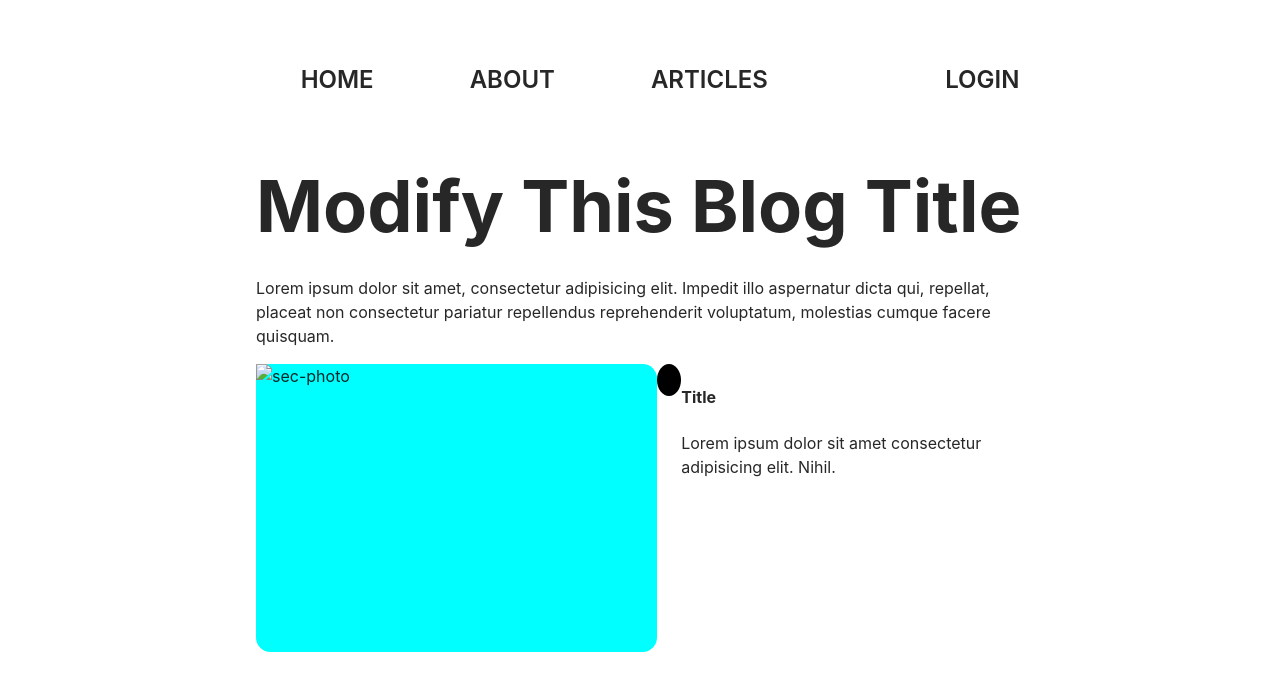
Repository: ValGrace/-static-site
Page: /home (app in client/)
An editor plug-in stored every save of this project. The page is shown before and after the next save, followed by the edit.
The browser window is 1280 px wide. The pictures show the whole page.
The project was rebuilt for these pictures with package versions that can differ from the ones it lists, and the page was loaded fresh each time. Also part of the build but not shown: client/vite.config.js, client/src/Utils/appwrite.js, client/src/Components/Inputs.css, client/src/Components/Login.jsx, client/src/Components/Signup.jsx.

Above is the page before, as saved 2023-02-05 11:59:31.

### client/src/main.jsx
import React from 'react'
import ReactDOM from 'react-dom/client'
import App from './App'
import './index.css'
import { BrowserRouter } from 'react-router-dom'
ReactDOM.createRoot(document.getElementById('root')).render(
  <React.StrictMode>
    <BrowserRouter>
    <App />
    </BrowserRouter>
  </React.StrictMode>,
)

### client/src/App.jsx
import PageRouter from './Routing/PageRouter'
import './App.css'

function App() {


  return (
    <div className="App">
      <PageRouter />
    </div>
  )
}

export default App

### client/src/index.css
:root {
  font-family: Inter, system-ui, Avenir, Helvetica, Arial, sans-serif;
  line-height: 1.5;
  font-weight: 400;

  color-scheme: light dark;
  color: rgba(7, 7, 7, 0.87);
  background-color: #ffffff;

  font-synthesis: none;
  text-rendering: optimizeLegibility;
  -webkit-font-smoothing: antialiased;
  -moz-osx-font-smoothing: grayscale;
  -webkit-text-size-adjust: 100%;
}

/* a {
  font-weight: 500;
  color: #646cff;
  text-decoration: inherit;
}
a:hover {
  color: #535bf2;
}

body {
  margin: 0;
  display: flex;
  place-items: center;
  min-width: 320px;
  min-height: 100vh;
}

h1 {
  font-size: 3.2em;
  line-height: 1.1;
}

button {
  border-radius: 8px;
  border: 1px solid transparent;
  padding: 0.6em 1.2em;
  font-size: 1em;
  font-weight: 500;
  font-family: inherit;
  background-color: #1a1a1a;
  cursor: pointer;
  transition: border-color 0.25s;
}
button:hover {
  border-color: #646cff;
}
button:focus,
button:focus-visible {
  outline: 4px auto -webkit-focus-ring-color;
}

@media (prefers-color-scheme: light) {
  :root {
    color: #213547;
    background-color: #ffffff;
  }
  a:hover {
    color: #747bff;
  }
  button {
    background-color: #f9f9f9;
  }
} */

### client/src/Routing/PageRouter.jsx
import Dashboard from "../Pages/Dashboard";
import HomePage from "../Pages/HomePage";
import { Routes, Route} from "react-router-dom"

const PageRouter = () => {
    return (
        <Routes>
            <Route path="/" element={<Dashboard />} />
            <Route path="/home" element={<HomePage />} />
        </Routes>
    )
}

export default PageRouter

### client/src/App.css
.App {
  display: flex;
  flex-direction: column;
  justify-content: center;
  align-items: center;
}

### client/src/Pages/Dashboard.jsx
import React, { useReducer} from 'react'
import Login from '../Components/Login'
import Signup from '../Components/Signup'
import "../Components/Inputs.css"
const initialState = {page : <Login />}
function reducer(state, action) {
    switch(action.type) {
        case 'loginpage':
          return { page: <Login />}
        case 'signuppage':
            return { page: <Signup />}
        default:
            return { page: <h2>Loading....</h2>}
    }
}
const Dashboard = () => {
    const [state, dispatch] = useReducer(reducer, initialState)
    return (
        <div className='dashboard'>
         <h2>Static Site Generator</h2>
         <div>Static site Image</div>
         <div className='dash' id='dash'>
            <div className='toggleForms'>
                <button onClick={() => dispatch({type: 'loginpage'})} className="type-btn">Login</button>
                <button onClick={() => dispatch({type: 'signuppage'})} className="type-btn">Signup</button>
                </div>
            <React.Fragment>{state.page}</React.Fragment>

            <button id="auth-btns">Login with Github account</button>
            <button id="auth-btns">Login with Google account</button>
         </div>
       </div>
    )
}

export default Dashboard

### client/src/Pages/HomePage.jsx
import Navbar from "../Components/Navbar"
import TopSection from "../Components/TopSection"
const HomePage = () => {
    return (
        <>
         <Navbar />
         <TopSection />
        </>
    )
}

export default HomePage

### client/src/Components/Navbar.jsx
import "./Navbar.css"
const Navbar = () => {
    return (
        <nav>
            <ul>
                <li>home</li>
                <li>about</li>
                <li>articles</li>
            </ul>
            <ul>
                <li>Login</li>
            </ul>
        </nav>
    )
}

export default Navbar

### client/src/Components/TopSection.jsx
const TopSection = () => {
    return (
      <>
      <div className="top-text" id="top-text">
      <h2>Modify this blog title</h2>
      <p>Lorem ipsum dolor sit amet, consectetur adipisicing elit. Impedit illo aspernatur dicta qui, repellat, placeat non consectetur pariatur repellendus reprehenderit voluptatum, molestias cumque facere quisquam.</p>
      </div>
      <div className="head-section">
        <div className="head-img">
            <img src="" alt="sec-photo" />
        </div>
        <div className="side-section">
            <div className="side-img">
                <img src="" alt=""/>
            </div>
            <div>
                <h4>Title</h4>
                <p>Lorem ipsum dolor sit amet consectetur adipisicing elit. Nihil.</p>
            </div>
        </div>
      </div>
      </>
    )
}

export default TopSection

### client/src/Components/Navbar.css
nav {
    width: 70vw;
    height: 20vh;
    display: flex;
}

nav > ul{
  display: flex;
  flex-direction: row;
  text-transform: uppercase;
  list-style-type: none;
  justify-content: center;
  align-items: center;
  gap: 4em;
  font-weight: 600;
  font-size: 1.5rem;
  flex-grow: 1;
}

#top-text {
    width: 60vw;
}

#top-text > h2 {
    font-size: 4.5rem;
    text-transform: capitalize;
    margin: 0;
    /* float: left; */
}

#top-text > p {
    float: right;

}

.head-section {
    display: flex;
    width: 60vw;
}

.head-img {
    background-color: aqua;
    width: 70%;
    border-radius: 0.9em;
    height: 40vh;
}

.side-section {
    display: flex;
    flex-direction: row;
}

.side-img {
    background-color: black;
    width: 2em;
    height: 2em;
    border-radius: 50%;
}

Loaded but not shown: client/index.html (common file)

After the next save:
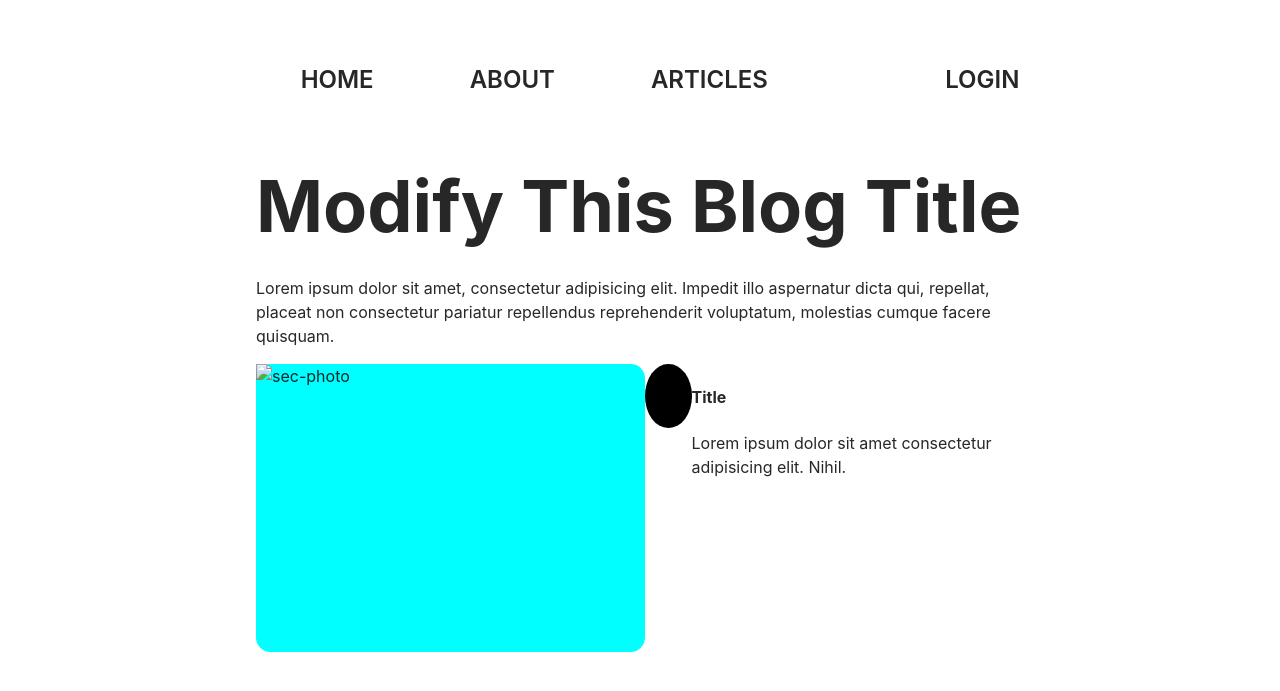
Saved 9 s later.
--- a/client/src/Components/Navbar.css
+++ b/client/src/Components/Navbar.css
@@ -52,7 +52,7 @@ nav > ul{
 
 .side-img {
     background-color: black;
-    width: 2em;
-    height: 2em;
+    width: 4em;
+    height: 4em;
     border-radius: 50%;
 }
